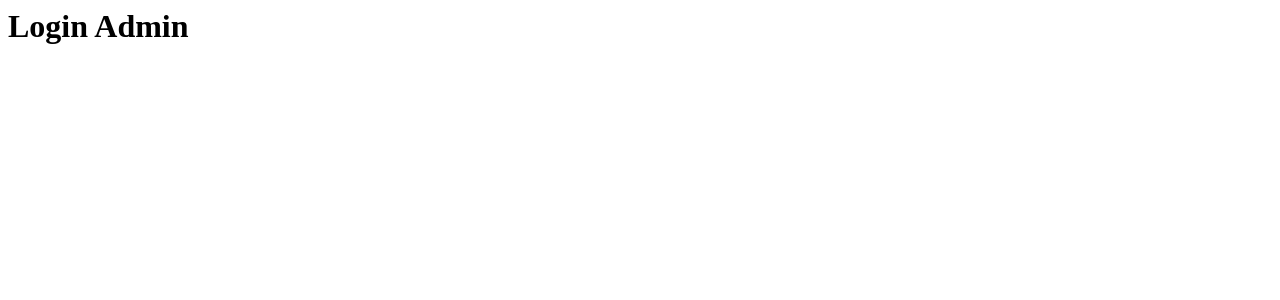
Repository: ThuatDev/DATN
Page: http://localhost/admin/users/login
An editor plug-in stored every save of this project. The page is shown before and after the next save, followed by the edit.
The browser window is 1280 px wide. The pictures show the whole page.
The page is served by the project's Laravel application, run on PHP 8.4 with Laravel 8.

Above is the page before, as saved 2023-10-11 09:11:37.

After the next save:
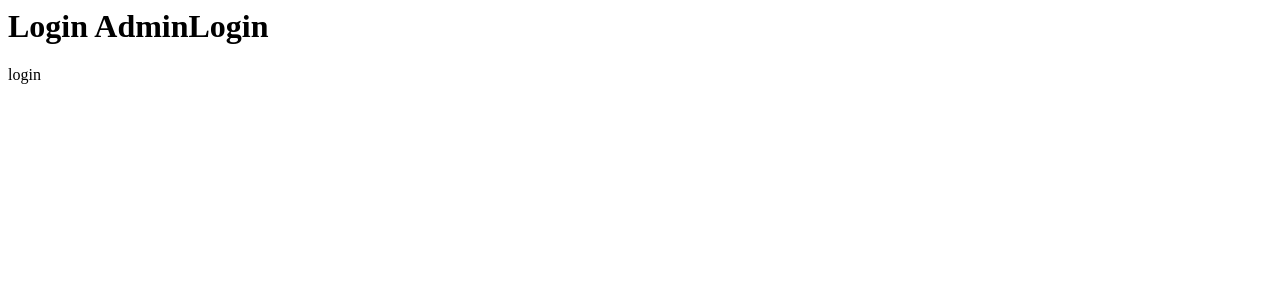
Saved 36 s later.
--- a/resources/views/admin/users/login.blade.php
+++ b/resources/views/admin/users/login.blade.php
@@ -1 +1,2 @@
-  <h1>Login Admin</h1>
+  <h1>Login Admin{{ $title }}</h1>
+  {{ $active }}
